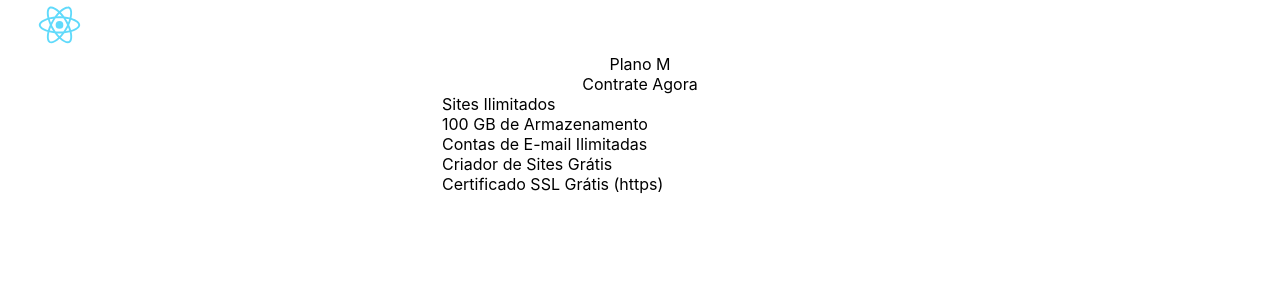
Repository: gatomazi/hostgatorFrontend
Page: /
The author's editor kept a copy of each file at every save. The page is drawn from the files as they stood at one save, then again after the next save.
The browser window is 1280 px wide. The pictures show the whole page.
The project was rebuilt for these pictures with package versions that can differ from the ones it lists, and the page was loaded fresh each time. Also part of the build but not shown: src/components/Plano.css.

Above is the page before, as saved 2020-01-24 10:49:17.

After the next save:
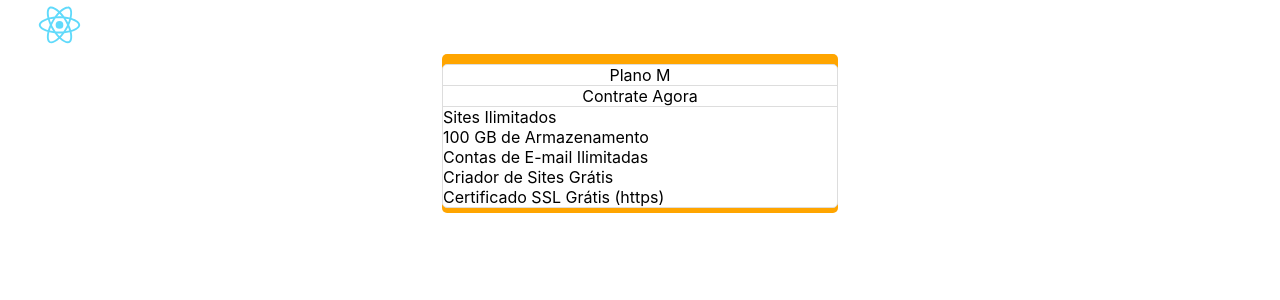
Saved 11 s later.
--- a/src/components/Plano.js
+++ b/src/components/Plano.js
@@ -4,10 +4,8 @@ import { makeStyles } from "@material-ui/core/styles";
 import Grid from "@material-ui/core/Grid";
 import Container from "@material-ui/core/Container";
 
-import styles from "./Plano.css";
-
 const Plano = () => {
-  const classes = styles;
+  const classes = useStyles();
   return (
     <div className={classes.root}>
       <Container maxWidth="xs">
@@ -29,34 +27,34 @@ const Plano = () => {
   );
 };
 
-// const borderColor = "#ddd";
+const borderColor = "#ddd";
 
-// const useStyles = makeStyles(theme => ({
-//   root: {
-//     flexGrow: 1
-//   },
-//   orangePlanBg: {
-//     backgroundColor: "orange",
-//     paddingBottom: 5,
-//     paddingTop: 10,
-//     borderRadius: 5
-//   },
-//   planCard: {
-//     backgroundColor: "#fff",
-//     // height: 100,
-//     borderColor: borderColor,
-//     borderStyle: "solid",
-//     border: 1,
-//     borderRadius: 5
-//   },
-//   insideDivisor: {
-//     borderBottomColor: borderColor,
-//     borderBottomStyle: "solid",
-//     borderBottom: 0.5,
-//     borderTopColor: borderColor,
-//     borderTopStyle: "solid",
-//     borderTop: 0.5
-//   }
-// }));
+const useStyles = makeStyles(theme => ({
+  root: {
+    flexGrow: 1
+  },
+  orangePlanBg: {
+    backgroundColor: "orange",
+    paddingBottom: 5,
+    paddingTop: 10,
+    borderRadius: 5
+  },
+  planCard: {
+    backgroundColor: "#fff",
+    // height: 100,
+    borderColor: borderColor,
+    borderStyle: "solid",
+    border: 1,
+    borderRadius: 5
+  },
+  insideDivisor: {
+    borderBottomColor: borderColor,
+    borderBottomStyle: "solid",
+    borderBottom: 0.5,
+    borderTopColor: borderColor,
+    borderTopStyle: "solid",
+    borderTop: 0.5
+  }
+}));
 
 export default Plano;
